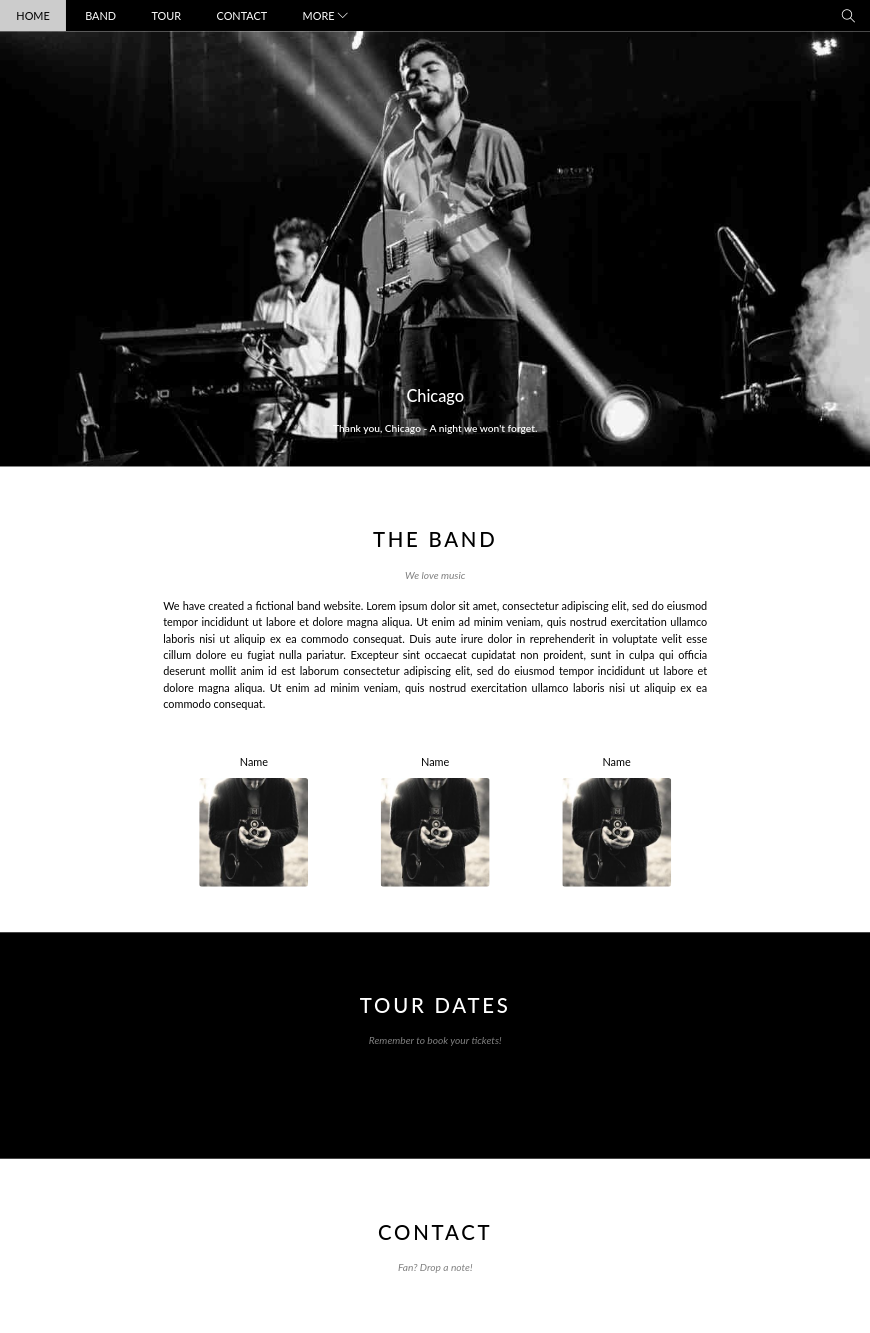
Repository: tatvanhco/web-dau-tay
Page: index.html
The author's editor kept a copy of each file at every save. The page is drawn from the files as they stood at one save, then again after the next save.
The browser window is 1280 px wide. The pictures show the whole page, at 68% of full size.

Above is the page before, as saved 2022-01-23 19:32:46.

After the next save:
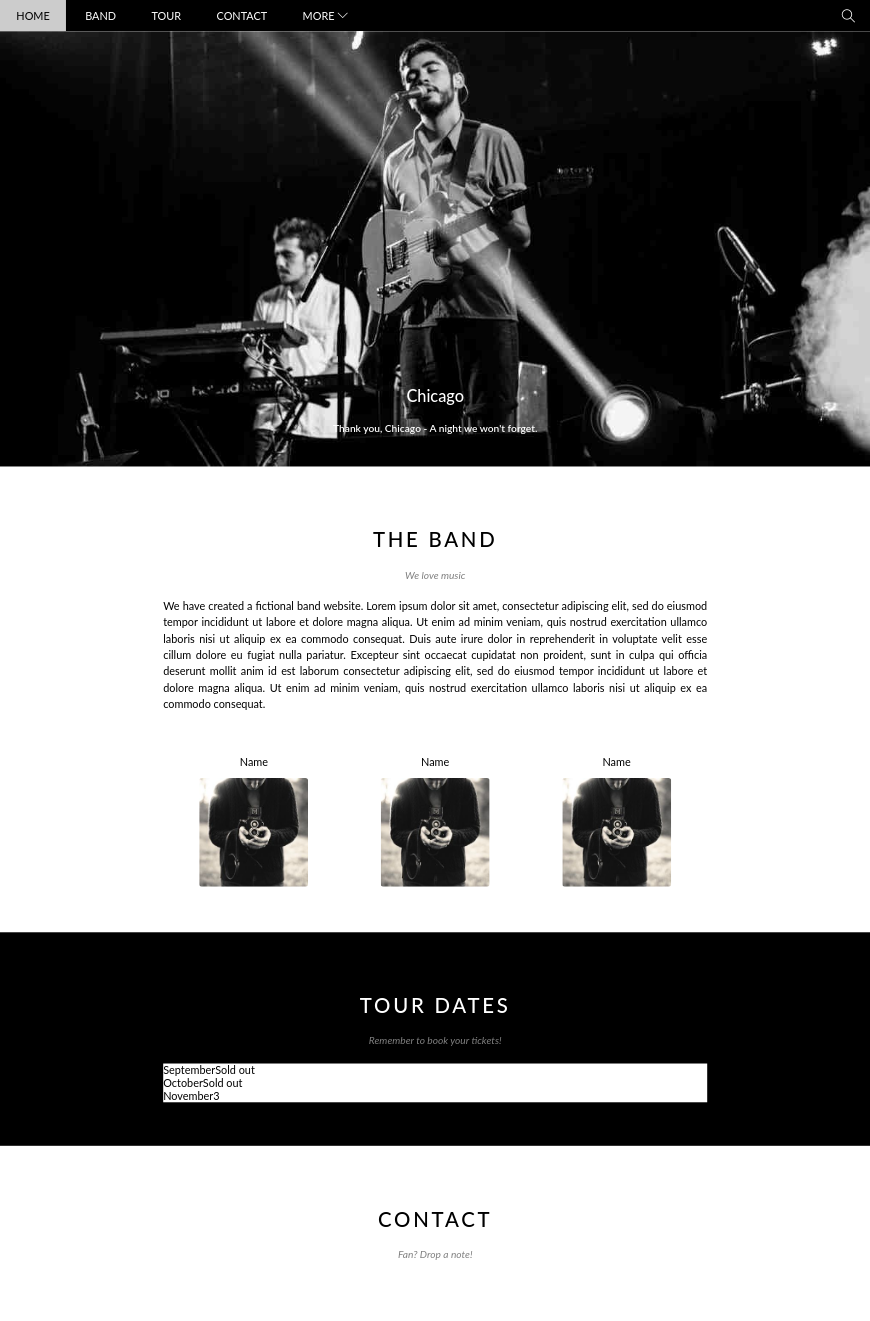
Saved 6 s later.
--- a/index.html
+++ b/index.html
@@ -71,16 +71,11 @@
                 <div class="content-section">
                     <h2 class="text-white section-heading">TOUR DATES</h2>
                     <p class="text-white section-sub-heading">Remember to book your tickets!</p>
-                    <div class="tour">
+                    <ul class="ticket-list">
                         <li>September<span>Sold out</span></li>
                         <li>October<span>Sold out</span></li>
                         <li>November<span>3</span></li>
-
-                        <div class="place">
-                            <img src="" alt="">
-
-                        </div>
-                    </div>
+                    </ul>
                 </div>
                 <div class="clear"></div>
             </div>
